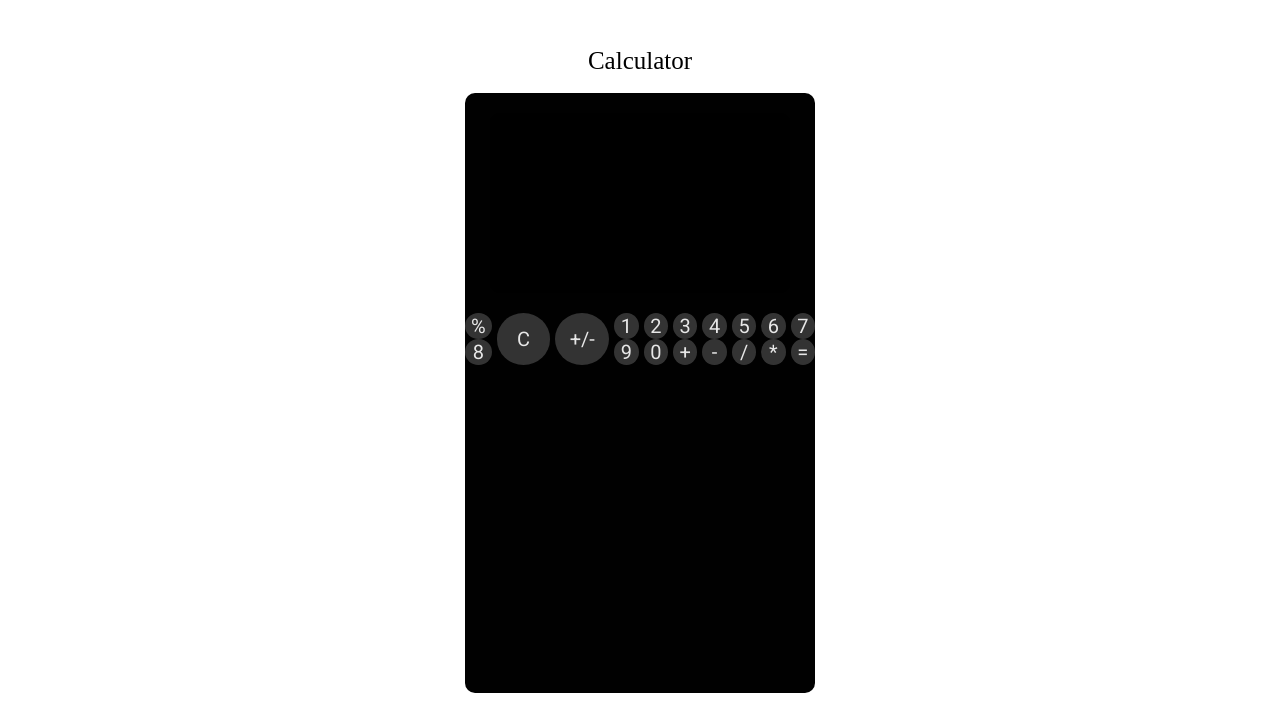
Repository: Gibon9/SimpleCalc
Page: index.html
These files come from the project's save history. The page is drawn as it stood at one moment and after the next save; the edit follows.
The browser window is 1280 px wide. The pictures show the whole page.
Some web fonts or font styles are not loaded; a fallback is used.

Above is the page before, as saved 2020-11-27 19:04:26.

After the next save:
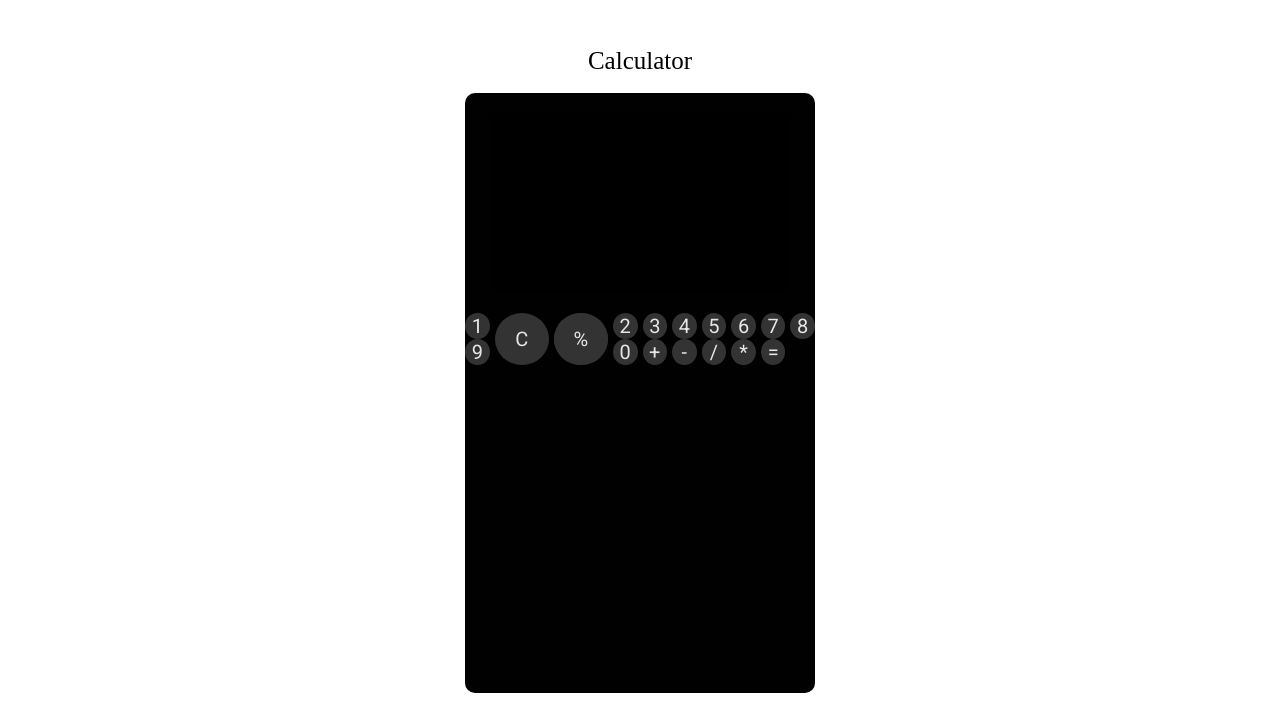
Saved 59 s later.
--- a/style/style.css
+++ b/style/style.css
@@ -73,3 +73,8 @@
   grid-column: 4/6;
   grid-row: 1/3;
 }
+
+.percent-btn {
+  grid-column: 4/6;
+  grid-row: 1/3;
+}
